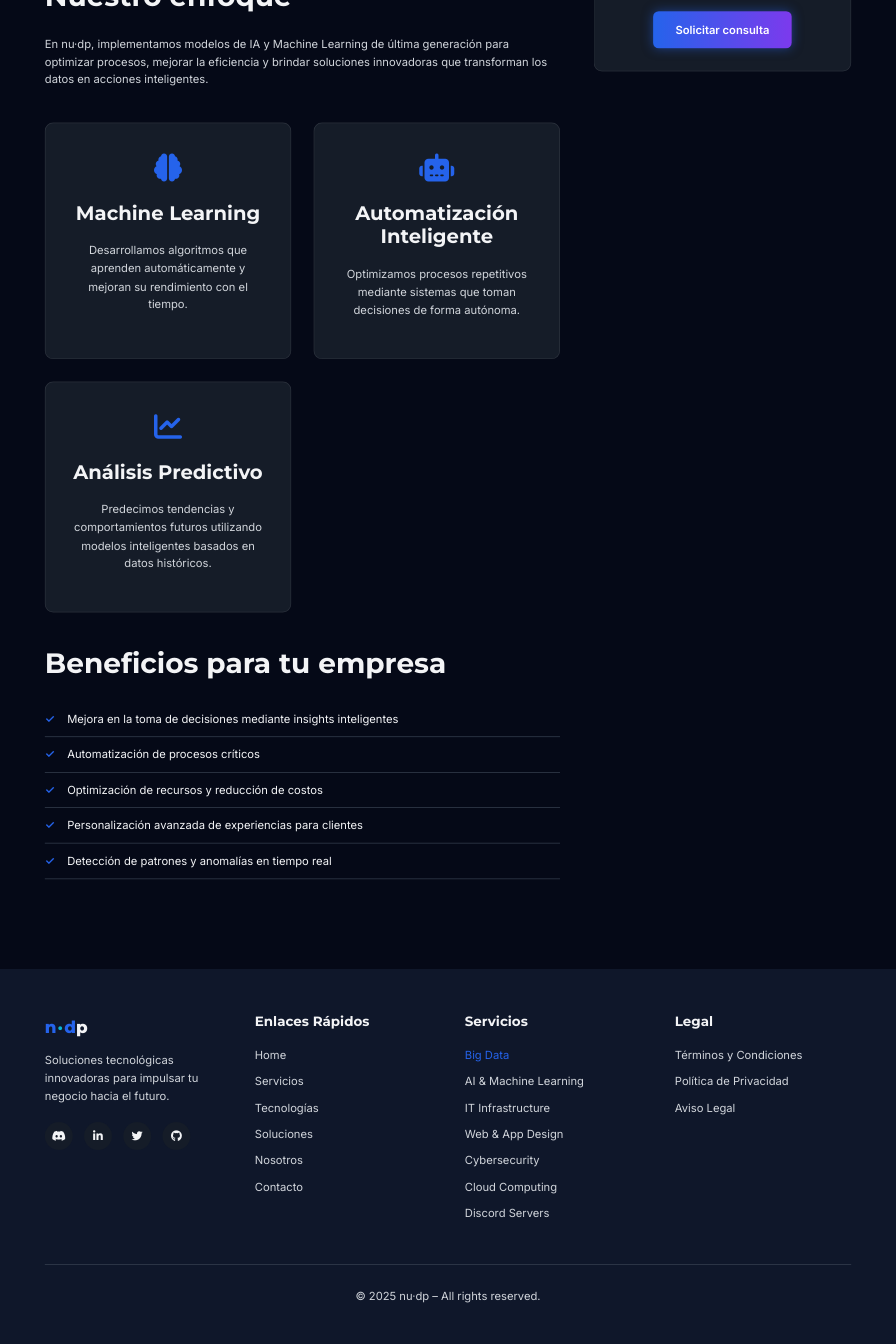
Repository: nu-dp/nu.dp-website
Page: services/ai.html
An editor plug-in stored every save of this project. The page is shown before and after the next save, followed by the edit.
The browser window is 1280 px wide. The pictures show the part of the page from y = 870 to 2790 px (the page is 2790 px tall), at 70% of full size.

Above is the page before, as saved 2025-08-21 22:10:53.

### services/ai.html
<!DOCTYPE html>
<html lang="es">
<head>
    <meta charset="UTF-8">
    <meta name="viewport" content="width=device-width, initial-scale=1.0">
    <title>Inteligencia Artificial - nu·dp</title>
    <meta name="description" content="Servicios de Big Data y análisis de datos para tu empresa">
    <link rel="preconnect" href="https://fonts.googleapis.com">
    <link rel="preconnect" href="https://fonts.gstatic.com" crossorigin>
    <link href="https://fonts.googleapis.com/css2?family=Montserrat:wght@300;400;500;600;700;800&family=Inter:wght@300;400;500;600&display=swap" rel="stylesheet">
    <link rel="stylesheet" href="https://cdnjs.cloudflare.com/ajax/libs/font-awesome/6.4.0/css/all.min.css">
    <link rel="stylesheet" href="../css/style.css">
</head>
<body>
    <!-- Header -->
    <header id="header">
        <div class="container header-container">
            <a href="../index.html" class="logo">
                <span class="logo-symbol">n</span>
                <span class="logo-divider">·</span>
                <span class="logo-symbol">d</span>
                <span class="logo-text">p</span>
            </a>

            <button class="mobile-menu-btn" id="mobile-menu">
                <span class="menu-line"></span>
                <span class="menu-line"></span>
                <span class="menu-line"></span>
            </button>

            <nav>
                <ul class="nav-menu" id="nav-menu">
                    <li><a href="../index.html">Home</a></li>
                    <li><a href="../services.html">Servicios</a></li>
                    <li><a href="../technologies.html">Tecnologías</a></li>
                    <li><a href="../solutions.html">Soluciones</a></li>
                    <li><a href="../about.html">Nosotros</a></li>
                    <li><a href="../contact.html">Contacto</a></li>
                </ul>
            </nav>
        </div>
    </header>

<!-- Hero Section -->
<section class="hero service-detail-hero">
    <div class="container hero-content">
        <div class="service-header">
            <div class="service-icon large">
                <i class="fas fa-robot"></i>
            </div>
            <h1 class="fade-in">Inteligencia Artificial</h1>
        </div>
        <p class="hero-tagline fade-in">Creamos soluciones inteligentes que potencian tu negocio</p>
    </div>
</section>

<!-- Service Detail -->
<section class="section">
    <div class="container">
        <div class="service-detail">
            <div class="service-info">
                <h2>¿Qué es la Inteligencia Artificial?</h2>
                <p>La Inteligencia Artificial (IA) se refiere a la creación de sistemas capaces de realizar tareas que normalmente requieren inteligencia humana, como aprendizaje, razonamiento, reconocimiento de patrones y toma de decisiones automatizada.</p>

                <h2>Nuestro enfoque</h2>
                <p>En nu·dp, implementamos modelos de IA y Machine Learning de última generación para optimizar procesos, mejorar la eficiencia y brindar soluciones innovadoras que transforman los datos en acciones inteligentes.</p>

                <div class="features-grid">
                    <div class="feature-item">
                        <div class="feature-icon">
                            <i class="fas fa-brain"></i>
                        </div>
                        <h3>Machine Learning</h3>
                        <p>Desarrollamos algoritmos que aprenden automáticamente y mejoran su rendimiento con el tiempo.</p>
                    </div>

                    <div class="feature-item">
                        <div class="feature-icon">
                            <i class="fas fa-robot"></i>
                        </div>
                        <h3>Automatización Inteligente</h3>
                        <p>Optimizamos procesos repetitivos mediante sistemas que toman decisiones de forma autónoma.</p>
                    </div>

                    <div class="feature-item">
                        <div class="feature-icon">
                            <i class="fas fa-chart-line"></i>
                        </div>
                        <h3>Análisis Predictivo</h3>
                        <p>Predecimos tendencias y comportamientos futuros utilizando modelos inteligentes basados en datos históricos.</p>
                    </div>
                </div>

                <h2>Beneficios para tu empresa</h2>
                <ul class="benefits-list">
                    <li>Mejora en la toma de decisiones mediante insights inteligentes</li>
                    <li>Automatización de procesos críticos</li>
                    <li>Optimización de recursos y reducción de costos</li>
                    <li>Personalización avanzada de experiencias para clientes</li>
                    <li>Detección de patrones y anomalías en tiempo real</li>
                </ul>
            </div>

            <div class="service-cta">
                <div class="cta-card">
                    <h3>¿Interesado en nuestros servicios de Inteligencia Artificial?</h3>
                    <p>Contáctanos hoy mismo para una consultoría gratuita</p>
                    <a href="../contact.html" class="btn btn-glow">
                        <span class="btn-text">Solicitar consulta</span>
                        <div class="btn-hover-effect"></div>
                    </a>
                </div>
            </div>
        </div>
    </div>
</section>

    <!-- Footer -->
    <footer>
        <div class="container">
            <div class="footer-content">
                <div class="footer-about">
                    <div class="footer-logo">
                        <span class="logo-symbol">n</span>
                        <span class="logo-divider">·</span>
                        <span class="logo-symbol">d</span>
                        <span class="logo-text">p</span>
                    </div>
                    <p>Soluciones tecnológicas innovadoras para impulsar tu negocio hacia el futuro.</p>
                    <div class="social-links">
                        <a href="#" class="social-link">
                            <i class="fab fa-discord"></i>
                            <span class="link-tooltip">Únete a nuestro Discord</span>
                        </a>
                        <a href="#" class="social-link">
                            <i class="fab fa-linkedin-in"></i>
                            <span class="link-tooltip">Síguenos en LinkedIn</span>
                        </a>
                        <a href="#" class="social-link">
                            <i class="fab fa-twitter"></i>
                            <span class="link-tooltip">Síguenos en Twitter</span>
                        </a>
                        <a href="#" class="social-link">
                            <i class="fab fa-github"></i>
                            <span class="link-tooltip">Visita nuestro GitHub</span>
                        </a>
                    </div>
                </div>

                <div class="footer-links">
                    <h4>Enlaces Rápidos</h4>
                    <ul>
                        <li><a href="../index.html">Home</a></li>
                        <li><a href="../services.html">Servicios</a></li>
                        <li><a href="../technologies.html">Tecnologías</a></li>
                        <li><a href="../solutions.html">Soluciones</a></li>
                        <li><a href="../about.html">Nosotros</a></li>
                        <li><a href="../contact.html">Contacto</a></li>
                    </ul>
                </div>

                <div class="footer-links">
                    <h4>Servicios</h4>
                    <ul>
                        <li><a href="big-data.html" class="active">Big Data</a></li>
                        <li><a href="ai.html">AI & Machine Learning</a></li>
                        <li><a href="it-infra.html">IT Infrastructure</a></li>
                        <li><a href="web-app.html">Web & App Design</a></li>
                        <li><a href="cyber.html">Cybersecurity</a></li>
                        <li><a href="cloud.html">Cloud Computing</a></li>
                        <li><a href="discord.html">Discord Servers</a></li>
                    </ul>
                </div>

                <div class="footer-links">
                    <h4>Legal</h4>
                    <ul>
                        <li><a href="../terms-and-conditions.html">Términos y Condiciones</a></li>
                        <li><a href="../privacy-policy.html">Política de Privacidad</a></li>
                        <li><a href="../legal-notice.html">Aviso Legal</a></li>
                    </ul>
                </div>
            </div>

            <div class="footer-bottom">
                <p>© 2025 nu·dp – All rights reserved.</p>
            </div>
        </div>
    </footer>

    <!-- Floating Contact Button -->
    <div class="floating-contact">
        <a href="../contact.html" class="floating-btn">
            <i class="fas fa-paper-plane"></i>
            <span class="floating-text">Contactar</span>
        </a>
    </div>

    <script src="../js/script.js"></script>
</body>
</html>

Loaded but not shown: js/script.js (254 lines, source omitted); css/style.css (875 lines, source omitted)

After the next save:
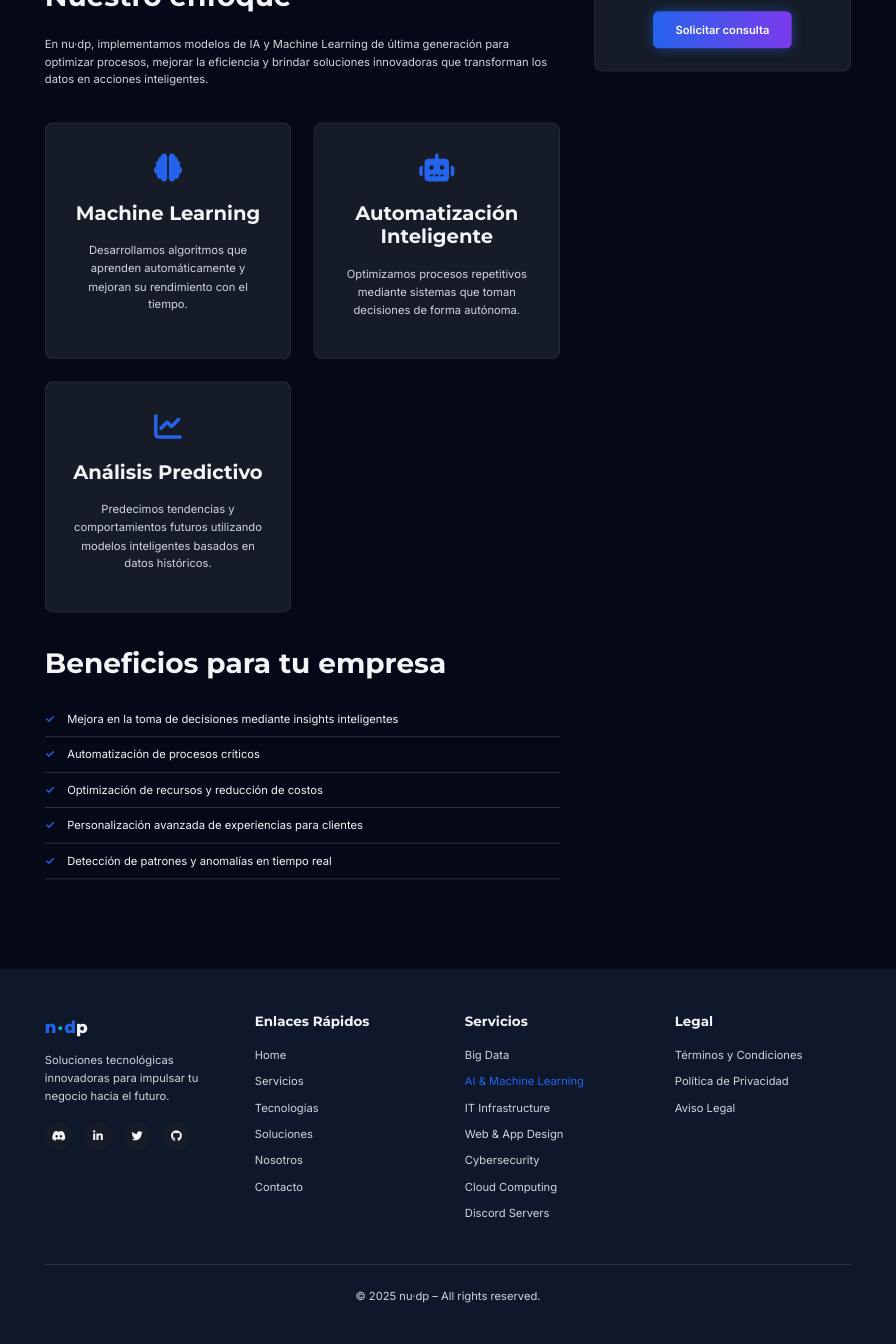
Saved 57 s later.
--- a/services/ai.html
+++ b/services/ai.html
@@ -162,8 +162,8 @@
                 <div class="footer-links">
                     <h4>Servicios</h4>
                     <ul>
-                        <li><a href="big-data.html" class="active">Big Data</a></li>
-                        <li><a href="ai.html">AI & Machine Learning</a></li>
+                        <li><a href="big-data.html">Big Data</a></li>
+                        <li><a href="ai.html" class="active">AI & Machine Learning</a></li>
                         <li><a href="it-infra.html">IT Infrastructure</a></li>
                         <li><a href="web-app.html">Web & App Design</a></li>
                         <li><a href="cyber.html">Cybersecurity</a></li>
